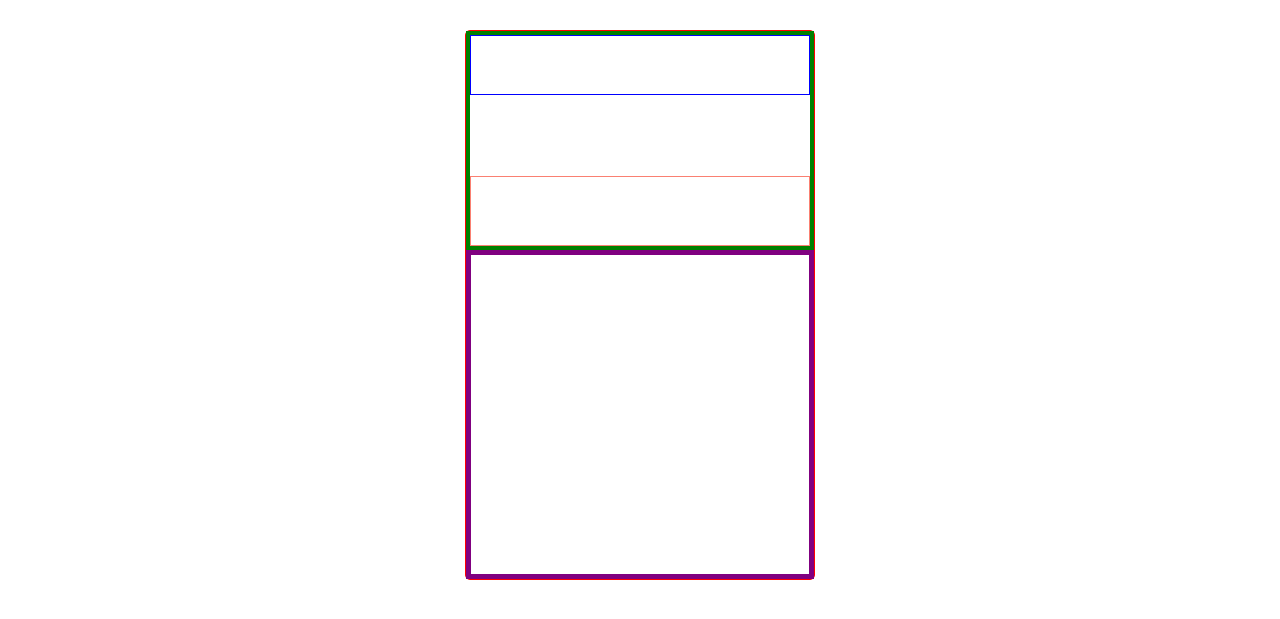
Repository: OfirLana/Calculator
Page: index.html
An editor plug-in stored every save of this project. The page is shown before and after the next save, followed by the edit.
The browser window is 1280 px wide. The pictures show the whole page.

Above is the page before, as saved 2019-03-12 17:55:52.

### index.html
<!DOCTYPE html>
<html lang="en">

<head>
    <meta charset="UTF-8">
    <meta name="viewport" content="width=device-width, initial-scale=1.0">
    <meta http-equiv="X-UA-Compatible" content="ie=edge">
    <link href="https://fonts.googleapis.com/css?family=Lato:100,300,400,700,900" rel="stylesheet">
    <title>Document</title>
    <link rel="stylesheet" href="style.css">
</head>

<body>
    <div class="calculator">
        <div class="out_put_box">
            <div class="main_out_put">
            </div>
            <div class="sub_out_put">
            </div>
        </div>


        <div class="opeartor_box">



        </div>








    </div>
    <script src="index.js"></script>
</body>

</html>

### style.css
* {
    margin: 0;
    padding: 0;
    box-sizing: border-box;
}

html {
    font-size: 62.5%;
}

body {
    font-family: "Lato", sans-serif;
    font-weight: 400;
    font-size: 1.6rem;
    line-height: 1.7;
    color: #777;
    padding: 3rem;
}

.calculator {
    display: flex;
    flex-direction: column;
    margin: 0 auto;
    width: 35rem;
    height: 55rem;
    border: 1px solid red;
    border-radius: 5px;
}

.out_put_box {
    display: flex;
    flex-direction: column;
    flex-basis: 40%;
    border: 4px solid green;
    width: 100%;
    justify-content: space-between
}

.main_out_put {
    display: flex;
    border: 1px solid blue;
    height: 6rem;
    /* background:blue; */

}

.sub_out_put {
    display: flex;
    border: 1px solid salmon;
    height: 7rem;
    /* background:red; */
}

.opeartor_box{
    display:flex;
    flex-direction: column;
    width:100%;
    border:5px solid purple;
    flex-basis:60%;
}

Loaded but not shown: index.js (no copy from this time; the picture is the same without it)

After the next save:
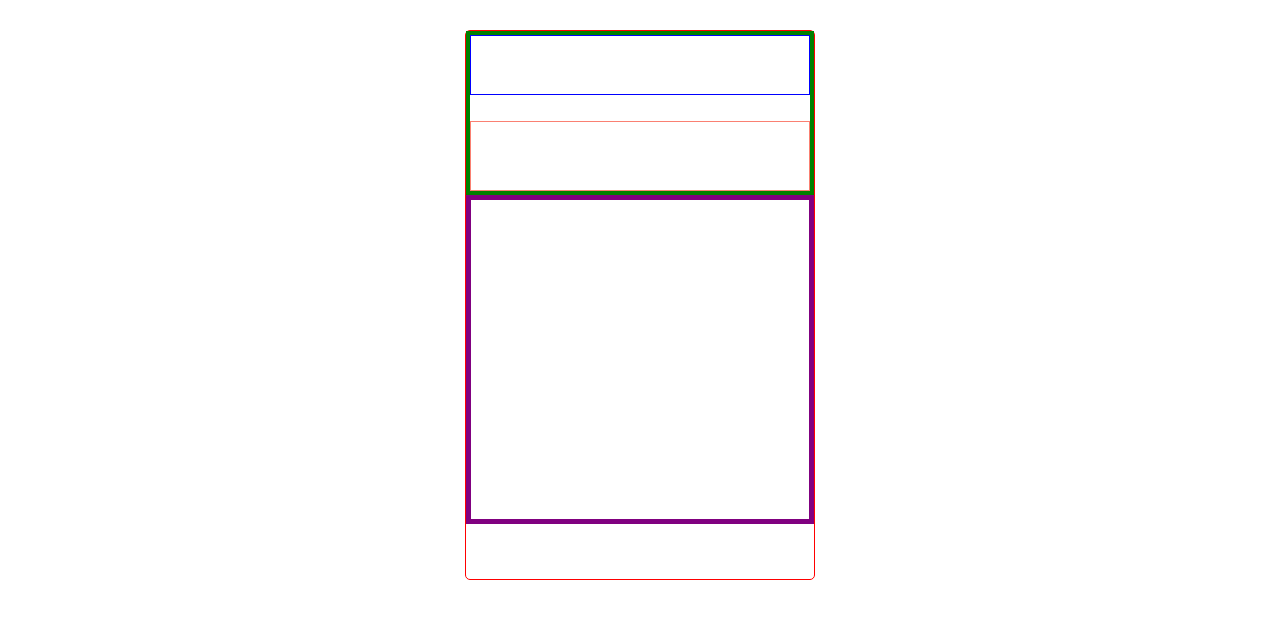
Saved 11 s later.
--- a/style.css
+++ b/style.css
@@ -30,7 +30,7 @@ body {
 .out_put_box {
     display: flex;
     flex-direction: column;
-    flex-basis: 40%;
+    flex-basis: 30%;
     border: 4px solid green;
     width: 100%;
     justify-content: space-between
